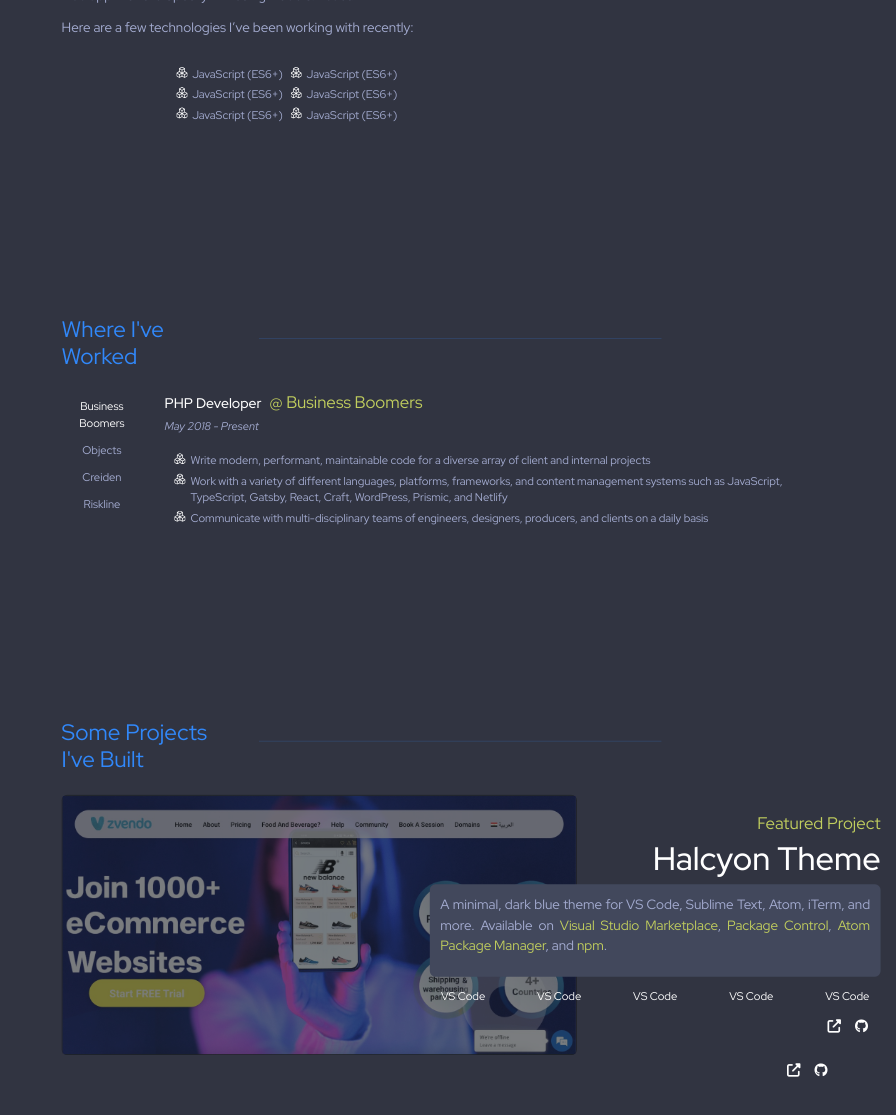
Repository: aya7abbal/Talaat-s-Portfolio
Page: index.html
The author's editor kept a copy of each file at every save. The page is drawn from the files as they stood at one save, then again after the next save.
The browser window is 1280 px wide. The pictures show the part of the page from y = 1316 to 3236 px (the page is 2909 px tall before and 3236 px after), at 70% of full size.
Some web libraries are served in a nearby version. The style sheet was rebuilt from its Sass, Less or Tailwind sources for each picture, by a compiler version that may differ from the author's.

Above is the page before, as saved 2022-02-08 12:38:49.

After the next save:
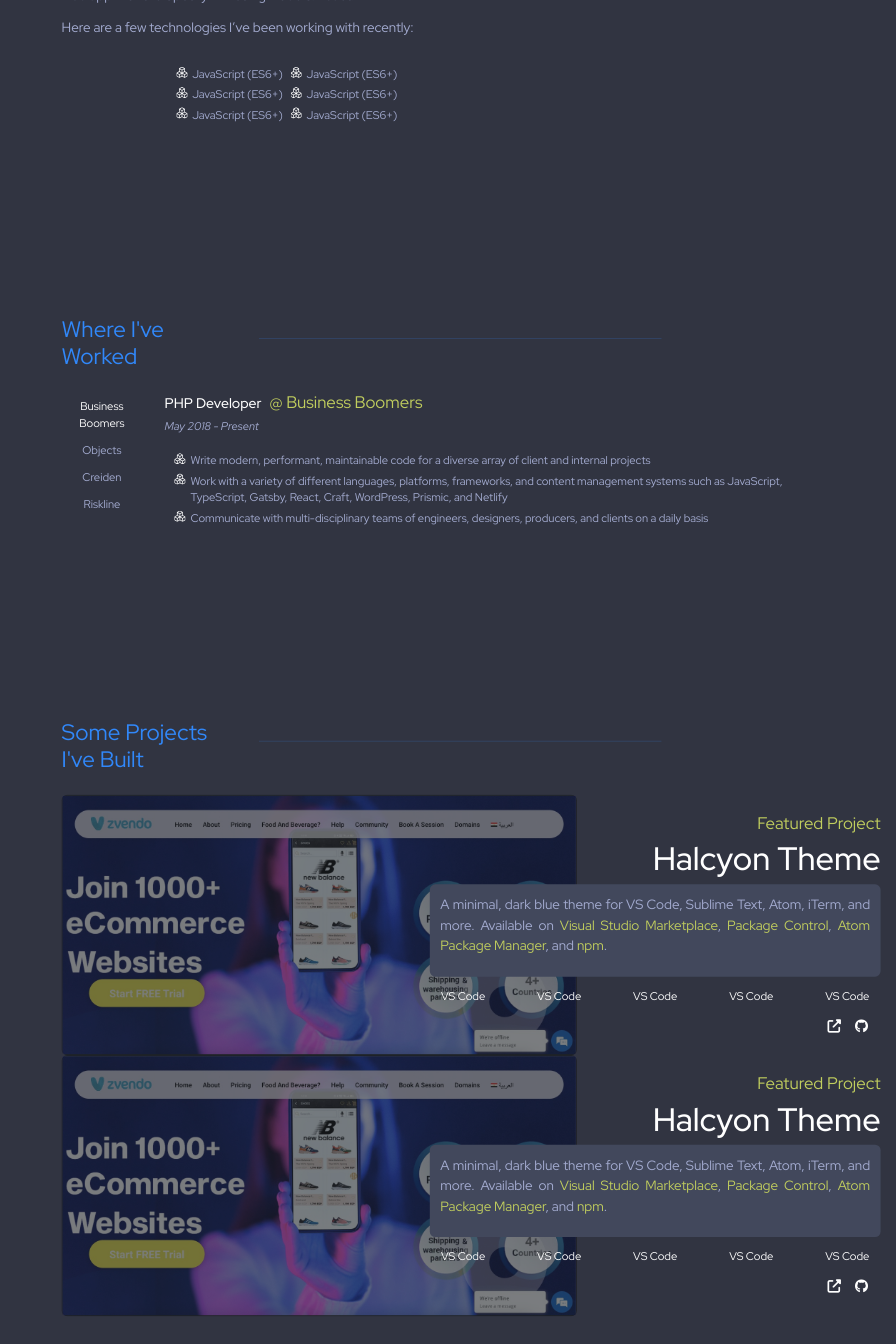
Saved 14 s later.
--- a/index.html
+++ b/index.html
@@ -493,12 +493,53 @@
          </div>
         </div>
 
-        <div class="d-flex justify-content-end project-link py-2">
-          <a href="">                  <i class="fas fa-external-link-alt"></i>
-          </a><a href="">                  <i class="fab fa-github"></i>
-          </a>
-
-                          </div>
+        <div class="project-card d-flex m-auto
+        align-items-center">
+          <div class="card bg-dark text-white col-lg-8">
+            <img src="./images/project-1.jpeg" class="card-img" alt="...">
+            <div class="card-img-overlay d-lg-none">
+                <h6>Featured Project</h6>
+                <h2>Halcyon Theme</h2>
+                  <p class="">A minimal, dark blue theme for VS Code, Sublime Text, Atom, iTerm, and more. Available on <a href="">Visual Studio Marketplace</a>, <a href="">Package Control</a>, <a href="">Atom Package Manager</a>, and <a href="">npm</a>.</p>
+                <div class="d-flex justify-content-between p-1">
+                  <span>VS Code</span>
+                  <span>VS Code</span>
+                  <span>VS Code</span>
+                  <span>VS Code</span>
+                  <span>VS Code</span>
+                </div>
+                <div class="d-flex justify-content-end project-link py-2">
+<a href="">                  <i class="fas fa-external-link-alt"></i>
+</a><a href="">                  <i class="fab fa-github"></i>
+</a>
+
+                </div>
+            </div>
+
+          </div>
+
+         <div class=" col-lg-7 project-desc__wrap">
+          <h6>Featured Project</h6>
+          <h2>Halcyon Theme</h2>
+          <div class="project-desc">
+            <p class="">A minimal, dark blue theme for VS Code, Sublime Text, Atom, iTerm, and more. Available on <a href="">Visual Studio Marketplace</a>, <a href="">Package Control</a>, <a href="">Atom Package Manager</a>, and <a href="">npm</a>.</p>
+          </div>
+          <div class="d-flex justify-content-between p-3">
+            <span>VS Code</span>
+            <span>VS Code</span>
+            <span>VS Code</span>
+            <span>VS Code</span>
+            <span>VS Code</span>
+          </div>
+          <div class="d-flex justify-content-end project-link px-2">
+            <a href="">                  <i class="fas fa-external-link-alt"></i>
+            </a><a href="">                  <i class="fab fa-github"></i>
+            </a>
+
+                            </div>
+         </div>
+        </div>
+
       </div>
 
 
